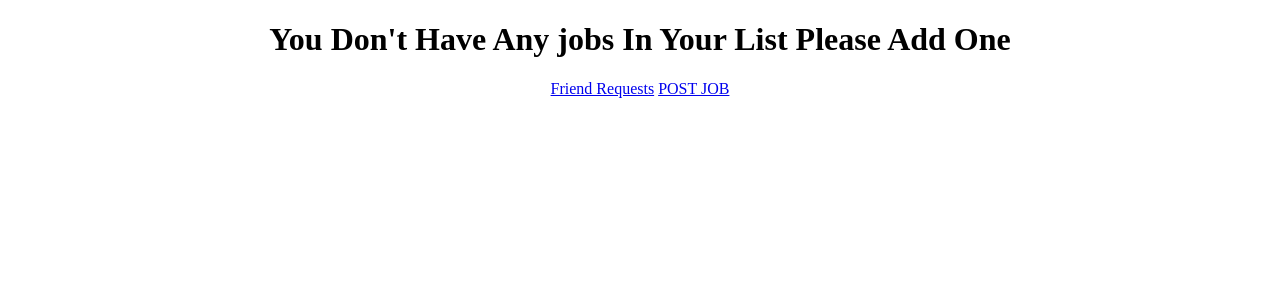
Repository: sharad2795/collobrationproject
Page: collobrationFE/WebContent/htmlpages/job.html
An editor plug-in stored every save of this project. The page is shown before and after the next save, followed by the edit.
The browser window is 1280 px wide. The pictures show the whole page.

Above is the page before, as saved 2017-06-07 07:49:04.

### collobrationFE/WebContent/htmlpages/job.html
<!DOCTYPE html>
<html>
<head>
<meta charset="ISO-8859-1">
<title>Insert title here</title>
</head>
<body>
<div ng-controller="jobcontroller as ctrl">
	<div ng-hide="jobs.length">
		<center>
			<h1>You Don't Have Any jobs In Your List Please Add One</h1>
			<a href="#" ng-click="ctrl.fetchPendingFriends()" class="btn btn-success">Friend Requests</a>
			<a href="#/postjob"  class="btn btn-success">POST JOB</a>
		</center>
	</div>
	</div>


</body>
</html>

After the next save:
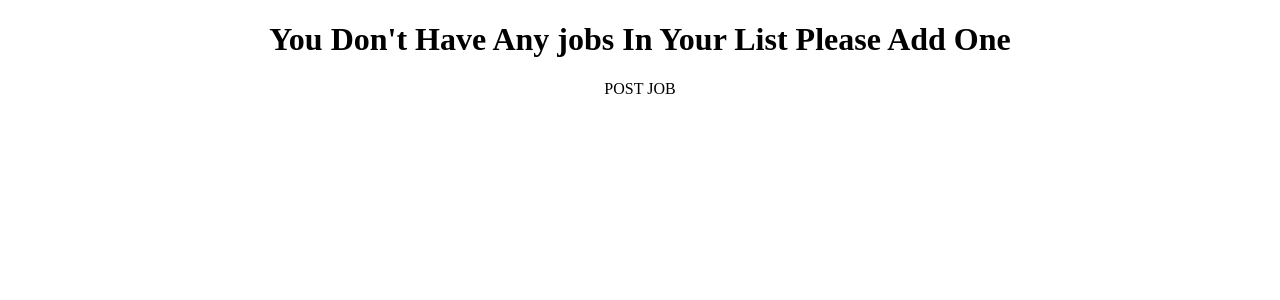
Saved 4 s later.
--- a/collobrationFE/WebContent/htmlpages/job.html
+++ b/collobrationFE/WebContent/htmlpages/job.html
@@ -8,8 +8,7 @@
 <div ng-controller="jobcontroller as ctrl">
 	<div ng-hide="jobs.length">
 		<center>
-			<h1>You Don't Have Any jobs In Your List Please Add One</h1>
-			<a href="#" ng-click="ctrl.fetchPendingFriends()" class="btn btn-success">Friend Requests</a>
+			<h1>You Don't Have Any jobs In Your List Please Add One</h1
 			<a href="#/postjob"  class="btn btn-success">POST JOB</a>
 		</center>
 	</div>
